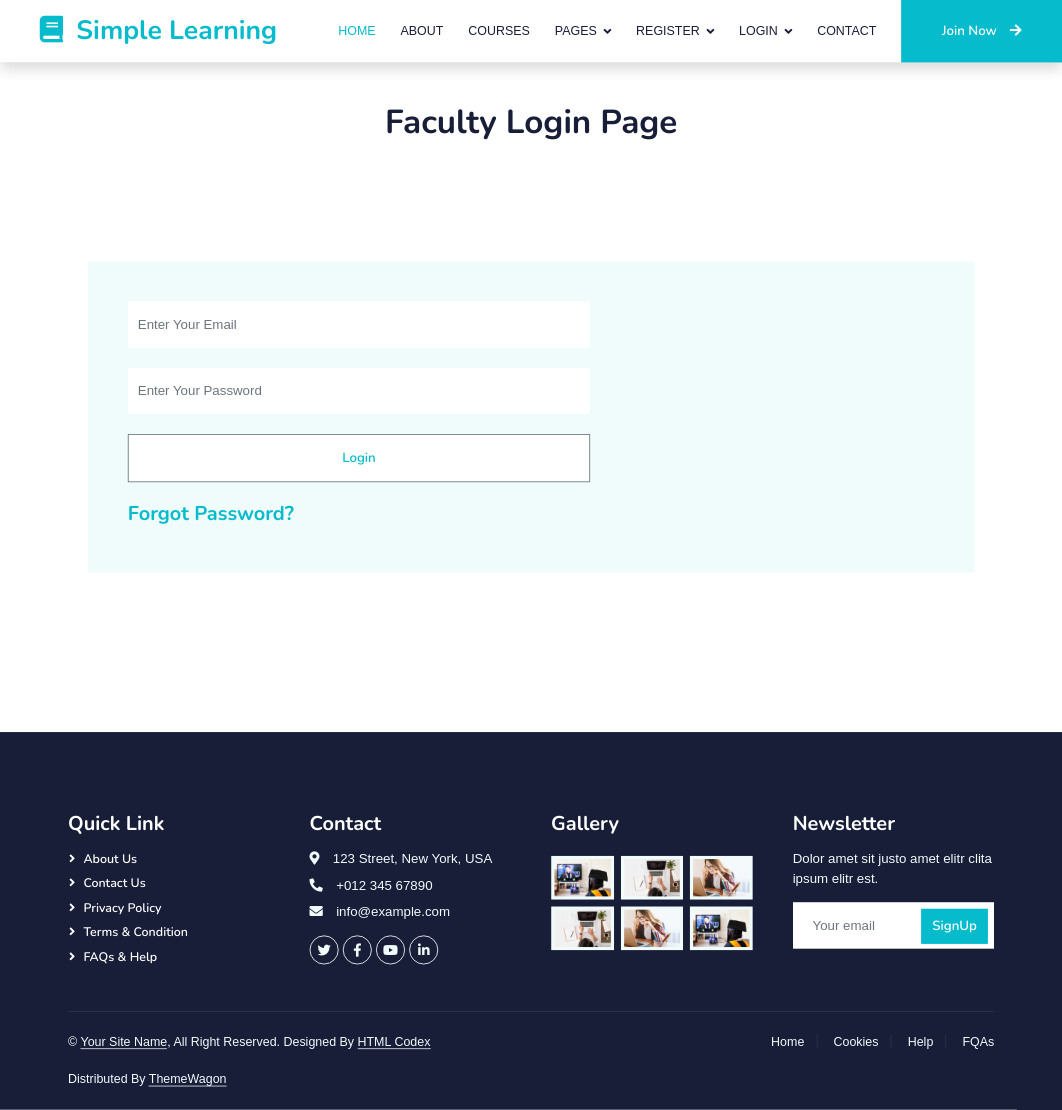
Repository: Arumugam2002/ARUMUGAM-TOPS-DAILY-TASKS
Page: http://localhost/ELearning/teacher-login.jsp
The author's editor kept a copy of each file at every save. The page is drawn from the files as they stood at one save, then again after the next save.
The browser window is 1280 px wide. The pictures show the whole page, at 83% of full size.
Some web fonts or font styles are not loaded; a fallback is used. Some web libraries are served in a nearby version. The page is served by Tomcat 9. Other server files are loaded and not shown. The template is opened directly, without the code that normally fills it, so the values that code supplies are empty.

Above is the page before, as saved 2024-07-17 07:43:20.

### Java Project/ELearning/src/main/webapp/teacher-login.jsp
<%@ page language="java" contentType="text/html; charset=UTF-8"
    pageEncoding="UTF-8"%>

<%@include file="header.jsp" %>

<!DOCTYPE html>
<html lang="en">



<body>
    <!-- Spinner Start -->

    <!-- Navbar End -->


    <!-- Header Start -->

    <!-- Header End -->


    <!-- Contact Start -->
    <div class="container-xxl py-5">
        <div class="container">
            <div class="text-center wow fadeInUp" data-wow-delay="0.1s">

                <h1 class="mb-5">Faculty Login Page</h1>
            </div>
            <div class="row g-4">

            <% String reg = (String)request.getAttribute("reg");

                      if(reg!=null)
                      {

                      %>

                      <div class="col-12">
					  <h4 class="contact-title"><%out.print(reg);%></h4>

					  </div>
					  <% } %>

		 <% String pass = (String)request.getAttribute("pass");

                      if(pass!=null)
                      {

                      %>

                      <div class="col-12">
					  <h4 class="contact-title"><%out.print(pass);%></h4>

					  </div>
					  <% } %>

		<% String msg = (String)request.getAttribute("msg");

                      if(msg!=null)
                      {

                      %>

                      <div class="col-12">
					  <h4 class="contact-title"><%out.print(msg);%></h4>

					  </div>
					  <% } %>


                 <div class="container-fluid contact py-5">
            <div class="container py-5">
                <div class="p-5 bg-light rounded">
                    <div class="row g-4">




                         <div class="col-lg-7">
                            <form action="TeacherController" class="" method="post">

                                <input type="email" name="email" class="w-100 form-control border-0 py-3 mb-4" placeholder="Enter Your Email">

                                <input type="password" name="password" class="w-100 form-control border-0 py-3 mb-4" placeholder="Enter Your Password">
                                <button class="w-100 btn form-control border-secondary py-3 bg-white text-primary " name="action" value="login" type="submit">Login</button>

                            </form>
                        </div>

                    </div>
                    <br>
                     <div class="col-lg-5">

                            <h4><a href="teacher-forgot-pass.jsp">Forgot Password?</a></h4>

                        </div>
                </div>
            </div>
        </div>
            </div>
        </div>
    </div>
    <!-- Contact End -->


    <!-- Footer Start -->


    <%@include file="footer.jsp" %>



</body>

</html>

### Java Project/ELearning/src/main/webapp/header.jsp
<%@ page language="java" contentType="text/html; charset=UTF-8"
    pageEncoding="UTF-8"%>
<!DOCTYPE html>
<html>
<head>
    <meta charset="utf-8">
    <title>Simple Learning</title>

    <meta content="width=device-width, initial-scale=1.0" name="viewport">
    <meta content="" name="keywords">
    <meta content="" name="description">

    <!-- Favicon -->
    <link href="img/favicon.ico" rel="icon">

    <!-- Google Web Fonts -->
    <link rel="preconnect" href="https://fonts.googleapis.com">
    <link rel="preconnect" href="https://fonts.gstatic.com" crossorigin>
    <link href="https://fonts.googleapis.com/css2?family=Heebo:wght@400;500;600&family=Nunito:wght@600;700;800&display=swap" rel="stylesheet">

    <!-- Icon Font Stylesheet -->
    <link href="https://cdnjs.cloudflare.com/ajax/libs/font-awesome/5.10.0/css/all.min.css" rel="stylesheet">
    <link href="https://cdn.jsdelivr.net/npm/bootstrap-icons@1.4.1/font/bootstrap-icons.css" rel="stylesheet">

    <!-- Libraries Stylesheet -->
    <link href="lib/animate/animate.min.css" rel="stylesheet">
    <link href="lib/owlcarousel/assets/owl.carousel.min.css" rel="stylesheet">

    <!-- Customized Bootstrap Stylesheet -->
    <link href="css/bootstrap.min.css" rel="stylesheet">

    <!-- Template Stylesheet -->
    <link href="css/style.css" rel="stylesheet">
</head>
<body>
<div id="spinner" class="show bg-white position-fixed translate-middle w-100 vh-100 top-50 start-50 d-flex align-items-center justify-content-center">
        <div class="spinner-border text-primary" style="width: 3rem; height: 3rem;" role="status">
            <span class="sr-only">Loading...</span>
        </div>
    </div>
    <!-- Spinner End -->


    <!-- Navbar Start -->
    <nav class="navbar navbar-expand-lg bg-white navbar-light shadow sticky-top p-0">
        <a href="index.jsp" class="navbar-brand d-flex align-items-center px-4 px-lg-5">
            <h2 class="m-0 text-primary"><i class="fa fa-book me-3"></i>Simple Learning</h2>
        </a>
        <button type="button" class="navbar-toggler me-4" data-bs-toggle="collapse" data-bs-target="#navbarCollapse">
            <span class="navbar-toggler-icon"></span>
        </button>
        <div class="collapse navbar-collapse" id="navbarCollapse">
            <div class="navbar-nav ms-auto p-4 p-lg-0">
                <a href="index.jsp" class="nav-item nav-link active">Home</a>
                <a href="about-page.jsp" class="nav-item nav-link">About</a>
                <a href="courses-page.jsp" class="nav-item nav-link">Courses</a>
                <div class="nav-item dropdown">
                    <a href="#" class="nav-link dropdown-toggle" data-bs-toggle="dropdown">Pages</a>
                    <div class="dropdown-menu fade-down m-0">
                        <a href="team-page.jsp" class="dropdown-item">Our Team</a>
                        <a href="testimonial-page.jsp" class="dropdown-item">Testimonial</a>
                        <a href="404.html" class="dropdown-item">404 Page</a>
                    </div>
                </div>

                <div class="nav-item dropdown">
                    <a href="#" class="nav-link dropdown-toggle" data-bs-toggle="dropdown">Register</a>
                    <div class="dropdown-menu fade-down m-0">
                        <a href="user-register.jsp" class="dropdown-item">User-Register</a>
                        <a href="teacher-register.jsp" class="dropdown-item">Faculty-Register</a>

                    </div>
                </div>

                <div class="nav-item dropdown">
                    <a href="#" class="nav-link dropdown-toggle" data-bs-toggle="dropdown">Login</a>
                    <div class="dropdown-menu fade-down m-0">
                        <a href="user-login.jsp" class="dropdown-item">User-Login</a>
                        <a href="teacher-login.jsp" class="dropdown-item">Faculty-Login</a>

                    </div>
                </div>
                <a href="contact-page.jsp" class="nav-item nav-link">Contact</a>
            </div>
            <a href="user-login.jsp" class="btn btn-primary py-4 px-lg-5 d-none d-lg-block">Join Now<i class="fa fa-arrow-right ms-3"></i></a>
        </div>
    </nav>




</body>
</html>

### Java Project/ELearning/src/main/webapp/footer.jsp
<%@ page language="java" contentType="text/html; charset=UTF-8"
    pageEncoding="UTF-8"%>
<!DOCTYPE html>
<html>
<head>
<meta charset="UTF-8">
<title>Insert title here</title>
</head>
<body>

 <div class="container-fluid bg-dark text-light footer pt-5 mt-5 wow fadeIn" data-wow-delay="0.1s">
        <div class="container py-5">
            <div class="row g-5">
                <div class="col-lg-3 col-md-6">
                    <h4 class="text-white mb-3">Quick Link</h4>
                    <a class="btn btn-link" href="">About Us</a>
                    <a class="btn btn-link" href="">Contact Us</a>
                    <a class="btn btn-link" href="">Privacy Policy</a>
                    <a class="btn btn-link" href="">Terms & Condition</a>
                    <a class="btn btn-link" href="">FAQs & Help</a>
                </div>
                <div class="col-lg-3 col-md-6">
                    <h4 class="text-white mb-3">Contact</h4>
                    <p class="mb-2"><i class="fa fa-map-marker-alt me-3"></i>123 Street, New York, USA</p>
                    <p class="mb-2"><i class="fa fa-phone-alt me-3"></i>+012 345 67890</p>
                    <p class="mb-2"><i class="fa fa-envelope me-3"></i>info@example.com</p>
                    <div class="d-flex pt-2">
                        <a class="btn btn-outline-light btn-social" href=""><i class="fab fa-twitter"></i></a>
                        <a class="btn btn-outline-light btn-social" href=""><i class="fab fa-facebook-f"></i></a>
                        <a class="btn btn-outline-light btn-social" href=""><i class="fab fa-youtube"></i></a>
                        <a class="btn btn-outline-light btn-social" href=""><i class="fab fa-linkedin-in"></i></a>
                    </div>
                </div>
                <div class="col-lg-3 col-md-6">
                    <h4 class="text-white mb-3">Gallery</h4>
                    <div class="row g-2 pt-2">
                        <div class="col-4">
                            <img class="img-fluid bg-light p-1" src="img/course-1.jpg" alt="">
                        </div>
                        <div class="col-4">
                            <img class="img-fluid bg-light p-1" src="img/course-2.jpg" alt="">
                        </div>
                        <div class="col-4">
                            <img class="img-fluid bg-light p-1" src="img/course-3.jpg" alt="">
                        </div>
                        <div class="col-4">
                            <img class="img-fluid bg-light p-1" src="img/course-2.jpg" alt="">
                        </div>
                        <div class="col-4">
                            <img class="img-fluid bg-light p-1" src="img/course-3.jpg" alt="">
                        </div>
                        <div class="col-4">
                            <img class="img-fluid bg-light p-1" src="img/course-1.jpg" alt="">
                        </div>
                    </div>
                </div>
                <div class="col-lg-3 col-md-6">
                    <h4 class="text-white mb-3">Newsletter</h4>
                    <p>Dolor amet sit justo amet elitr clita ipsum elitr est.</p>
                    <div class="position-relative mx-auto" style="max-width: 400px;">
                        <input class="form-control border-0 w-100 py-3 ps-4 pe-5" type="text" placeholder="Your email">
                        <button type="button" class="btn btn-primary py-2 position-absolute top-0 end-0 mt-2 me-2">SignUp</button>
                    </div>
                </div>
            </div>
        </div>
        <div class="container">
            <div class="copyright">
                <div class="row">
                    <div class="col-md-6 text-center text-md-start mb-3 mb-md-0">
                        &copy; <a class="border-bottom" href="#">Your Site Name</a>, All Right Reserved.

                        <!--/*** This template is free as long as you keep the footer author’s credit link/attribution link/backlink. If you'd like to use the template without the footer author’s credit link/attribution link/backlink, you can purchase the Credit Removal License from "https://htmlcodex.com/credit-removal". Thank you for your support. ***/-->
                        Designed By <a class="border-bottom" href="https://htmlcodex.com">HTML Codex</a><br><br>
                        Distributed By <a class="border-bottom" href="https://themewagon.com">ThemeWagon</a>
                    </div>
                    <div class="col-md-6 text-center text-md-end">
                        <div class="footer-menu">
                            <a href="">Home</a>
                            <a href="">Cookies</a>
                            <a href="">Help</a>
                            <a href="">FQAs</a>
                        </div>
                    </div>
                </div>
            </div>
        </div>
    </div>
    <!-- Footer End -->


<!-- Back to Top -->
    <a href="#" class="btn btn-lg btn-primary btn-lg-square back-to-top"><i class="bi bi-arrow-up"></i></a>

    <!-- JavaScript Libraries -->
    <script src="https://code.jquery.com/jquery-3.4.1.min.js"></script>
    <script src="https://cdn.jsdelivr.net/npm/bootstrap@5.0.0/dist/js/bootstrap.bundle.min.js"></script>
    <script src="lib/wow/wow.min.js"></script>
    <script src="lib/easing/easing.min.js"></script>
    <script src="lib/waypoints/waypoints.min.js"></script>
    <script src="lib/owlcarousel/owl.carousel.min.js"></script>

    <!-- Template Javascript -->
    <script src="js/main.js"></script>
</body>
</html>

### Java Project/ELearning/src/main/webapp/js/main.js
(function ($) {
    "use strict";

    // Spinner
    var spinner = function () {
        setTimeout(function () {
            if ($('#spinner').length > 0) {
                $('#spinner').removeClass('show');
            }
        }, 1);
    };
    spinner();


    // Initiate the wowjs
    new WOW().init();


    // Sticky Navbar
    $(window).scroll(function () {
        if ($(this).scrollTop() > 300) {
            $('.sticky-top').css('top', '0px');
        } else {
            $('.sticky-top').css('top', '-100px');
        }
    });


    // Dropdown on mouse hover
    const $dropdown = $(".dropdown");
    const $dropdownToggle = $(".dropdown-toggle");
    const $dropdownMenu = $(".dropdown-menu");
    const showClass = "show";

    $(window).on("load resize", function() {
        if (this.matchMedia("(min-width: 992px)").matches) {
            $dropdown.hover(
            function() {
                const $this = $(this);
                $this.addClass(showClass);
                $this.find($dropdownToggle).attr("aria-expanded", "true");
                $this.find($dropdownMenu).addClass(showClass);
            },
            function() {
                const $this = $(this);
                $this.removeClass(showClass);
                $this.find($dropdownToggle).attr("aria-expanded", "false");
                $this.find($dropdownMenu).removeClass(showClass);
            }
            );
        } else {
            $dropdown.off("mouseenter mouseleave");
        }
    });


    // Back to top button
    $(window).scroll(function () {
        if ($(this).scrollTop() > 300) {
            $('.back-to-top').fadeIn('slow');
        } else {
            $('.back-to-top').fadeOut('slow');
        }
    });
    $('.back-to-top').click(function () {
        $('html, body').animate({scrollTop: 0}, 1500, 'easeInOutExpo');
        return false;
    });


    // Header carousel
    $(".header-carousel").owlCarousel({
        autoplay: true,
        smartSpeed: 1500,
        items: 1,
        dots: false,
        loop: true,
        nav : true,
        navText : [
            '<i class="bi bi-chevron-left"></i>',
            '<i class="bi bi-chevron-right"></i>'
        ]
    });


    // Testimonials carousel
    $(".testimonial-carousel").owlCarousel({
        autoplay: true,
        smartSpeed: 1000,
        center: true,
        margin: 24,
        dots: true,
        loop: true,
        nav : false,
        responsive: {
            0:{
                items:1
            },
            768:{
                items:2
            },
            992:{
                items:3
            }
        }
    });

})(jQuery);

Loaded but not shown: Java Project/ELearning/src/main/webapp/lib/animate/animate.min.css (library); Java Project/ELearning/src/main/webapp/lib/owlcarousel/assets/owl.carousel.min.css (common file); Java Project/ELearning/src/main/webapp/css/bootstrap.min.css (library); Java Project/ELearning/src/main/webapp/css/style.css (common file); Java Project/ELearning/src/main/webapp/lib/wow/wow.min.js (library); Java Project/ELearning/src/main/webapp/lib/easing/easing.min.js (common file); Java Project/ELearning/src/main/webapp/lib/waypoints/waypoints.min.js (library); Java Project/ELearning/src/main/webapp/lib/owlcarousel/owl.carousel.min.js (library)

After the next save:
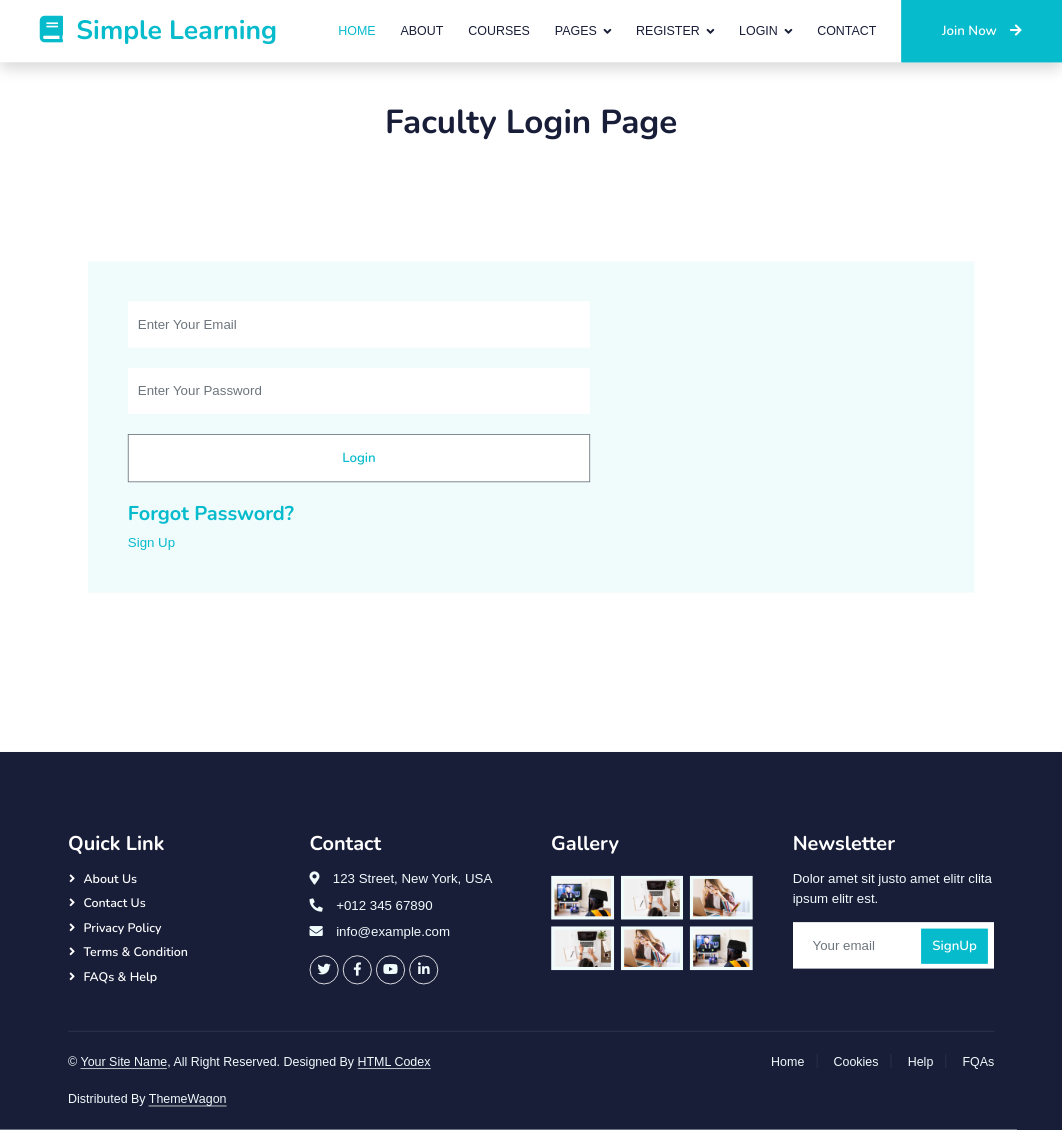
Saved 16 min 6 s later.
--- a/Java Project/ELearning/src/main/webapp/teacher-login.jsp
+++ b/Java Project/ELearning/src/main/webapp/teacher-login.jsp
@@ -94,6 +94,8 @@
                             <h4><a href="teacher-forgot-pass.jsp">Forgot Password?</a></h4>
 
                         </div>
+
+                         <a href="user-register.jsp">Sign Up</a>
                 </div>
             </div>
         </div>
